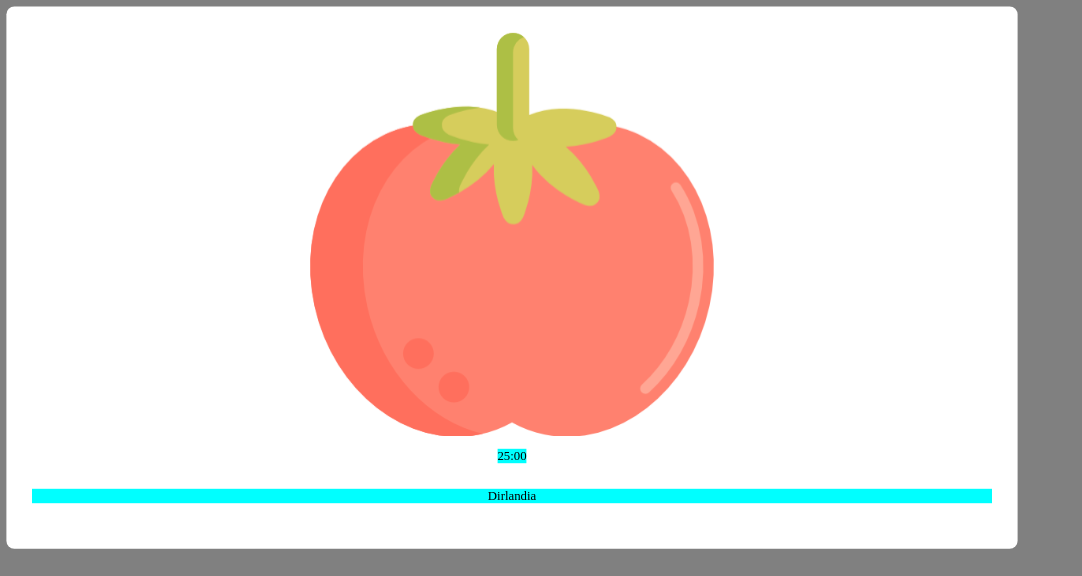
Repository: Dirlandia404/pomodoro
Page: /
An editor plug-in stored every save of this project. The page is shown before and after the next save, followed by the edit.
The browser window is 1280 px wide. The page is 1280 px wide, then 1352 px, so the pictures cover 1352 px, including what lies to the right of the window. The pictures show the whole page, at 80% of full size.
The project was rebuilt for these pictures with package versions that can differ from the ones it lists, and the page was loaded fresh each time.

Above is the page before, as saved 2021-11-24 23:20:06.

### public/index.html
<!DOCTYPE html>
<html lang="en">

<head>
  <meta charset="utf-8" />
  <link rel="icon" href="%PUBLIC_URL%/image 1.png" />
  <meta name="viewport" content="width=device-width, initial-scale=1" />
  <meta name="theme-color" content="#000000" />
  <meta name="description" content="Web site created using create-react-app" />
  <link rel="apple-touch-icon" href="%PUBLIC_URL%/logo192.png" />
  <!--
      manifest.json provides metadata used when your web app is installed on a
      user's mobile device or desktop. See https://developers.google.com/web/fundamentals/web-app-manifest/
    -->
  <link rel="manifest" href="%PUBLIC_URL%/manifest.json" />
  <!--
      Notice the use of %PUBLIC_URL% in the tags above.
      It will be replaced with the URL of the `public` folder during the build.
      Only files inside the `public` folder can be referenced from the HTML.

      Unlike "/favicon.ico" or "favicon.ico", "%PUBLIC_URL%/favicon.ico" will
      work correctly both with client-side routing and a non-root public URL.
      Learn how to configure a non-root public URL by running `npm run build`.
    -->
  <title>Pomodoro Clock</title>
</head>

<body>
  <noscript>You need to enable JavaScript to run this app.</noscript>
  <div id="root"></div>
  <!--
      This HTML file is a template.
      If you open it directly in the browser, you will see an empty page.

      You can add webfonts, meta tags, or analytics to this file.
      The build step will place the bundled scripts into the <body> tag.

      To begin the development, run `npm start` or `yarn start`.
      To create a production bundle, use `npm run build` or `yarn build`.
    -->
</body>

</html>

### src/index.jsx
import React from "react";
import ReactDOM from "react-dom";
import Clock from "./componentes/Primeiro";

function App() {
    const  tempo ={time:25};

    return(
        <div className="App">
            <Clock trabalho={tempo} />
        </div>
    );
}
ReactDOM.render(
    <App />,
    document.getElementById("root")
)

### src/componentes/Primeiro.jsx
import { useEffect, useState } from "react";
import "./componente.css";

function Clock(props){
  const [time, setTime] = useState(25);

    const tick = () =>{
        if(time === 0){
            reset();
        }else{
            setTime([time -1]);
        }
    }
    const reset = () => setTime(parseInt(time));

    useEffect(() =>{
        const timerId = setInterval(() => tick, 60);
        return () => clearInterval(timerId)
    })
    return (
        <main>
            <form action="">
                <img src="/tomato.svg" alt="Tomate" />
                <p>25:00</p>
            </form>
           <p>Dirlandia</p>
        </main>
    );
}

export default Clock

### src/componentes/componente.css
body{
    background-color: grey;
    text-align: center
}
main {
    background-color: white;
    min-width: 320px;
    min-height: 48vw;
    padding: 2rem;
    border-radius: 10px;

}

form{
    display: flex;
    flex-direction: column;
    align-items: center;
}
img{
    width: 50%;
    height: 20%;
}
p{
    background-color: aqua;
}

After the next save:
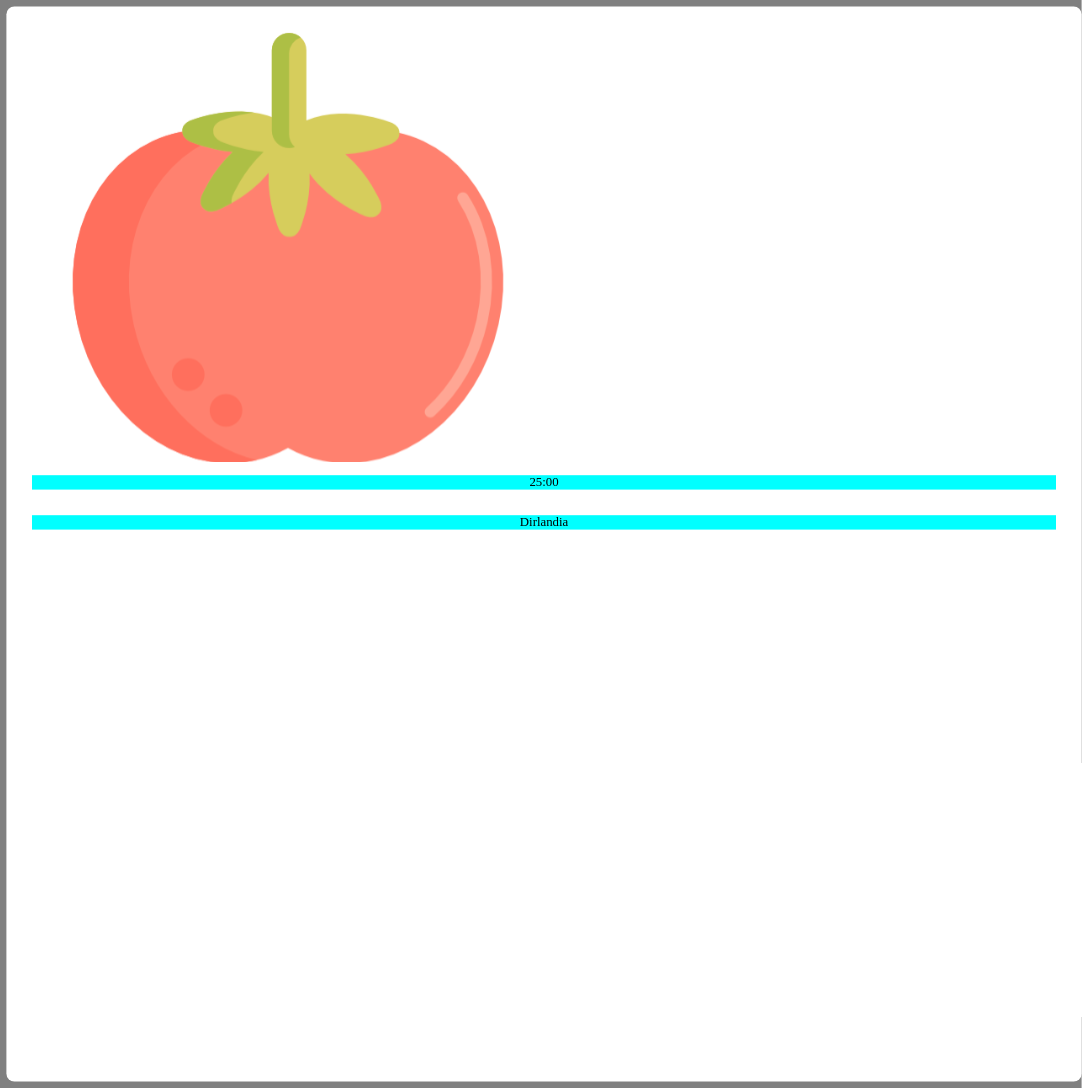
Saved 73 s later.
--- a/src/componentes/componente.css
+++ b/src/componentes/componente.css
@@ -4,17 +4,17 @@ body{
 }
 main {
     background-color: white;
-    min-width: 320px;
-    min-height: 48vw;
+    min-width: 100vw;
+    min-height: 100vw;
     padding: 2rem;
     border-radius: 10px;
 
+    align-items: center;
 }
 
 form{
     display: flex;
     flex-direction: column;
-    align-items: center;
 }
 img{
     width: 50%;
